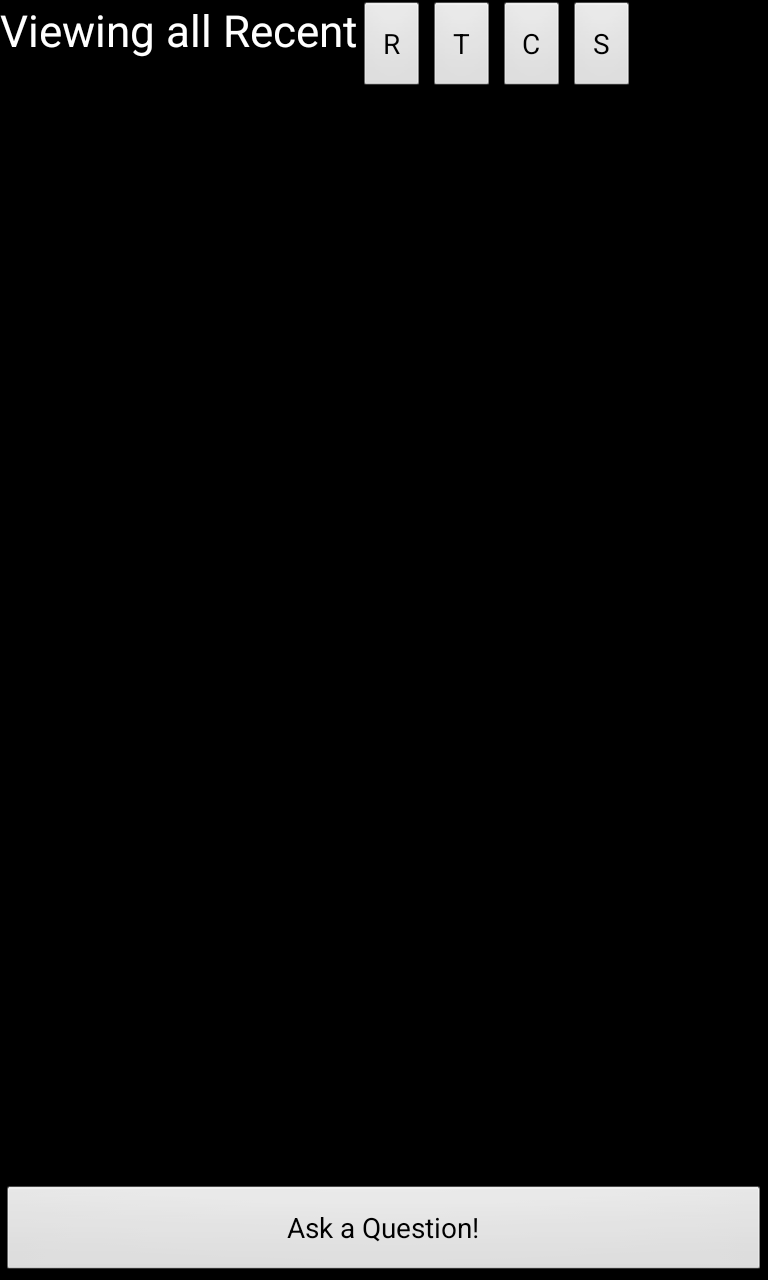
Repository: AustinCundiff/Questions-App
Layout: Q&AApp_Android/res/layout/activity_question_list.xml
The author's editor kept a copy of each file at every save. The layout is drawn from the files as they stood at one save, then again after the next save.
It is drawn on a 768 x 1280 px phone screen (xhdpi) without system bars, with theme android:Theme; the app's code is not run. Lists and similar views that code fills are empty.

Above is the layout before, as saved 2014-12-31 04:40:45.

After the next save:
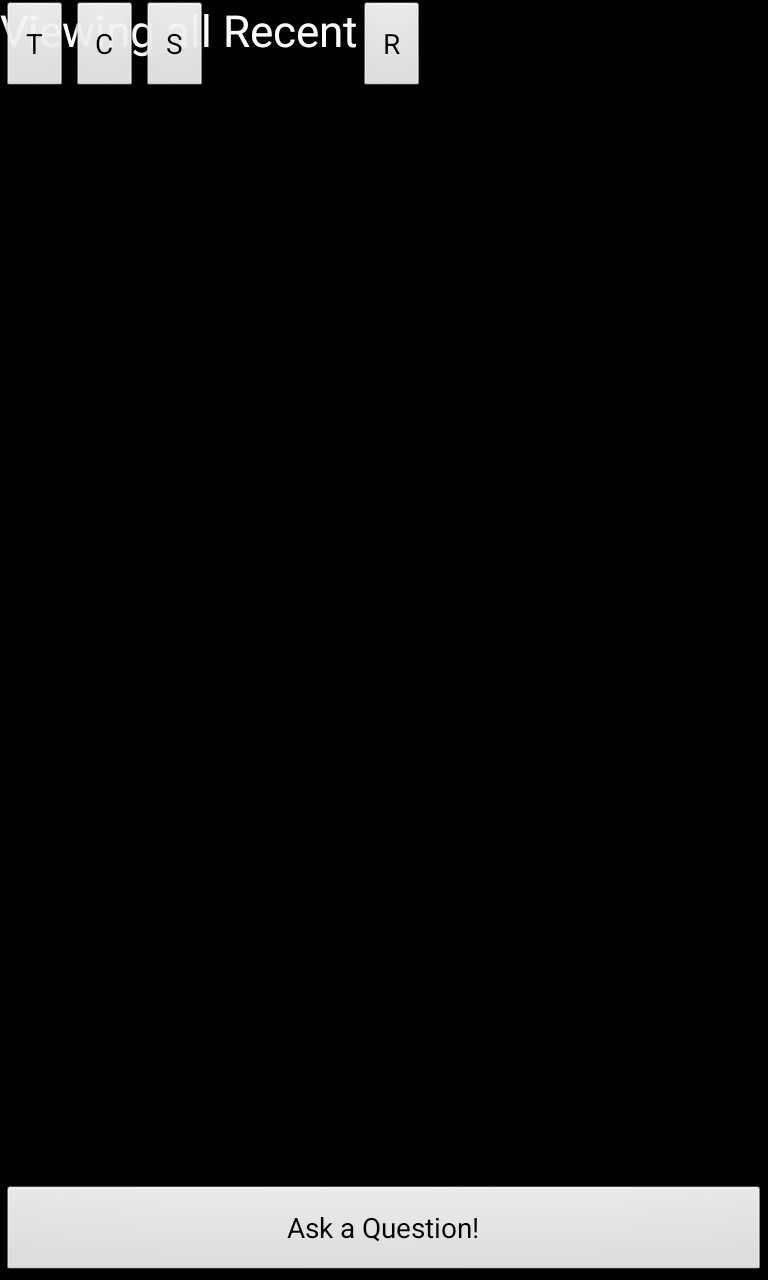
Saved 4 min 53 s later.
--- a/Q&AApp_Android/res/layout/activity_question_list.xml
+++ b/Q&AApp_Android/res/layout/activity_question_list.xml
@@ -14,7 +14,7 @@
         android:textAppearance="?android:attr/textAppearanceLarge" />
 
     <Button
-        android:id="@+id/button1"
+        android:id="@+id/askButton"
         android:layout_width="35dp"
         android:layout_height="wrap_content"
         android:layout_alignParentTop="true"
